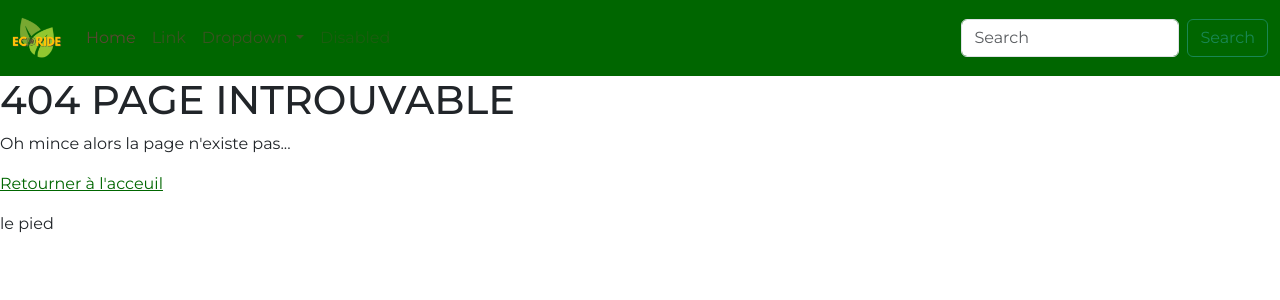
Repository: lemonhao9/ECF
Page: index.html
An editor plug-in stored every save of this project. The page is shown before and after the next save, followed by the edit.
The browser window is 1280 px wide. The pictures show the whole page.
Some web fonts or font styles are not loaded; a fallback is used. The style sheet was rebuilt from its Sass, Less or Tailwind sources for each picture, by a compiler version that may differ from the author's.

Above is the page before, as saved 2025-02-11 11:15:39.

After the next save:
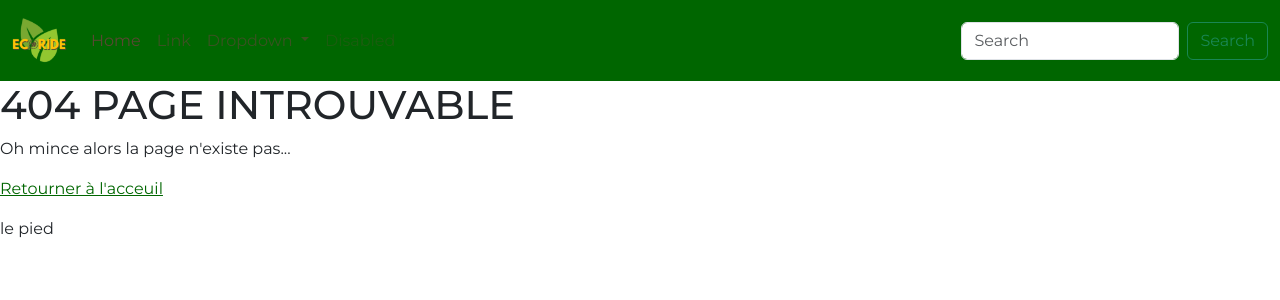
Saved 31 s later.
--- a/index.html
+++ b/index.html
@@ -12,9 +12,9 @@
 <body>
 
     <header>
-<nav class="navbar navbar-expand-lg bg-primary" data-bs-theme="light" height="5%">
+<nav class="navbar navbar-expand-lg bg-primary" data-bs-theme="light">
   <div class="container-fluid">
-    <a class="navbar-brand" href="/"><img src="/images/EcoRideLOGO.png" alt="logo EcoRide" width="50px"height="50px"></a>
+    <a class="navbar-brand" href="/"><img src="/images/EcoRideLOGO.png" alt="logo EcoRide" width="55px"height="55px"></a>
     <button class="navbar-toggler" type="button" data-bs-toggle="collapse" data-bs-target="#navbarSupportedContent" aria-controls="navbarSupportedContent" aria-expanded="false" aria-label="Toggle navigation">
       <span class="navbar-toggler-icon"></span>
     </button>

After the save that followed:
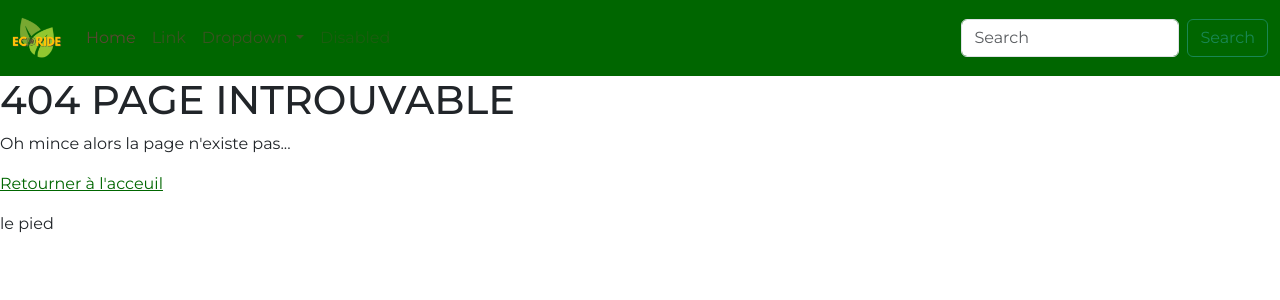
Saved 10 s later.
--- a/index.html
+++ b/index.html
@@ -14,7 +14,7 @@
     <header>
 <nav class="navbar navbar-expand-lg bg-primary" data-bs-theme="light">
   <div class="container-fluid">
-    <a class="navbar-brand" href="/"><img src="/images/EcoRideLOGO.png" alt="logo EcoRide" width="55px"height="55px"></a>
+    <a class="navbar-brand" href="/"><img src="/images/EcoRideLOGO.png" alt="logo EcoRide" width="50px"height="50px"></a>
     <button class="navbar-toggler" type="button" data-bs-toggle="collapse" data-bs-target="#navbarSupportedContent" aria-controls="navbarSupportedContent" aria-expanded="false" aria-label="Toggle navigation">
       <span class="navbar-toggler-icon"></span>
     </button>
